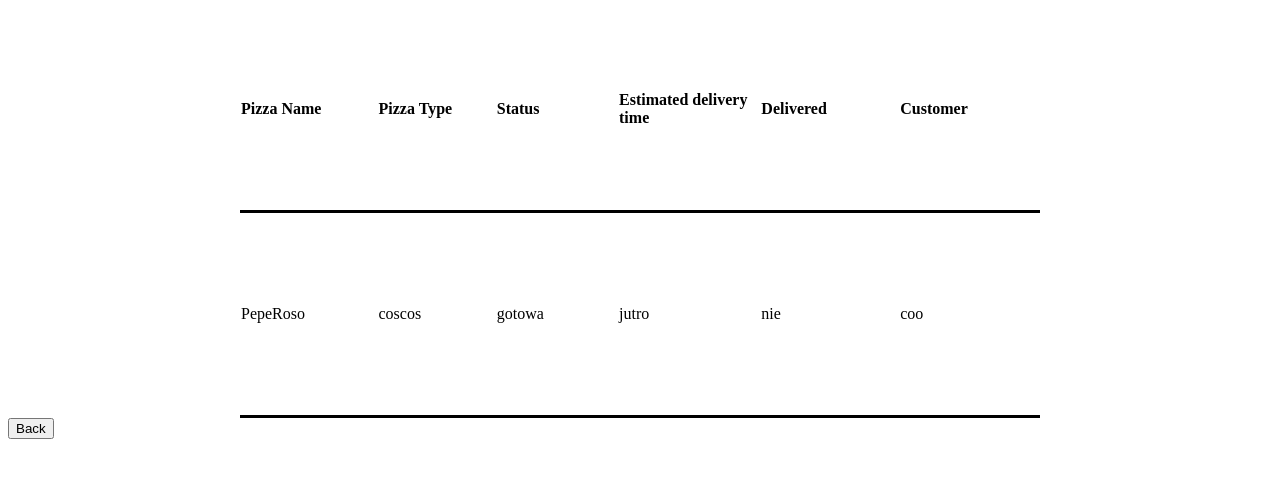
Repository: wisni4k/html-trainee
Page: testWeb/WebContent/OrdersList.html
An editor plug-in stored every save of this project. The page is shown before and after the next save, followed by the edit.
The browser window is 1280 px wide. The pictures show the whole page.

Above is the page before, as saved 2015-07-10 13:18:18.

### testWeb/WebContent/OrdersList.html
<!DOCTYPE html>
<html>
<head>
<meta charset="UTF-8">
<title>Insert title here</title>
<link rel="stylesheet" type="text/css" href="TableStyle.css">
</head>
<body>

	<table>
		<tr>
			<td><b>Pizza Name</b></td>
			<td><b>Pizza Type</b></td>
			<td><b>Status </b></td>
			<td><b>Estimated delivery time</b></td>
			<td><b>Delivered</b></td>
			<td><b>Customer</b></td>

		</tr>
		<tr>
			<td>PepeRoso</td>
			<td>coscos</td>
			<td>gotowa</td>
			<td>jutro</td>
			<td>nie</td>
			<td>coo</td>
		</tr>
	</table>
	<form action="Formularz.html">
		<input type="submit" value="Back">
	</form>

</body>
</html>

### testWeb/WebContent/TableStyle.css
@CHARSET "UTF-8";

table ,td{
	border-collapse: collapse;
	border-bottom-style: solid;
	margin-left: auto;
	margin-right: auto;
	width:800px;
	height: 200px;
}

After the next save:
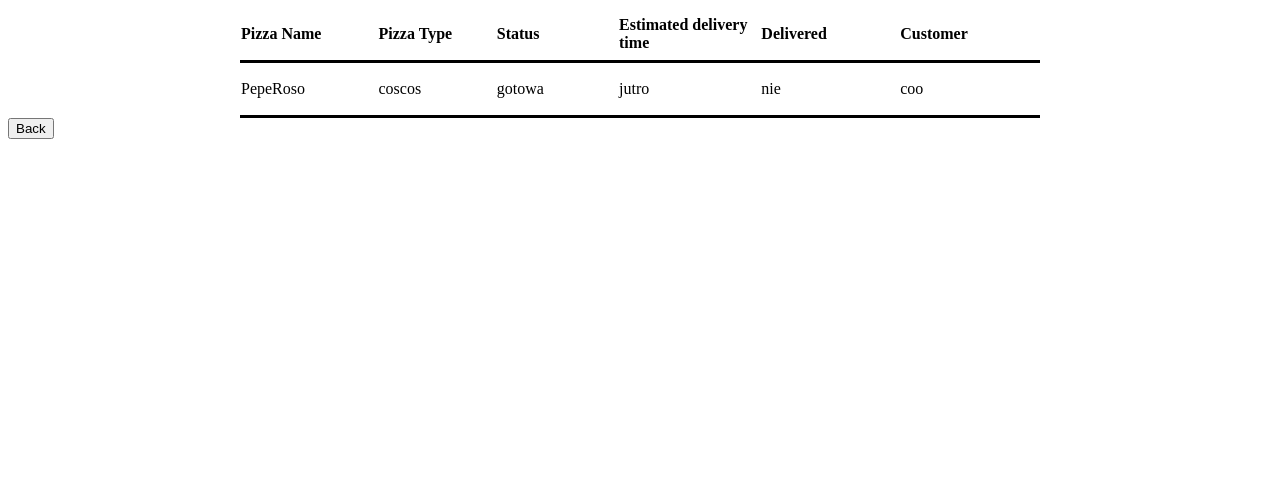
Saved 9 s later.
--- a/testWeb/WebContent/TableStyle.css
+++ b/testWeb/WebContent/TableStyle.css
@@ -6,5 +6,5 @@ table ,td{
 	margin-left: auto;
 	margin-right: auto;
 	width:800px;
-	height: 200px;
+	height: 50px;
 }
